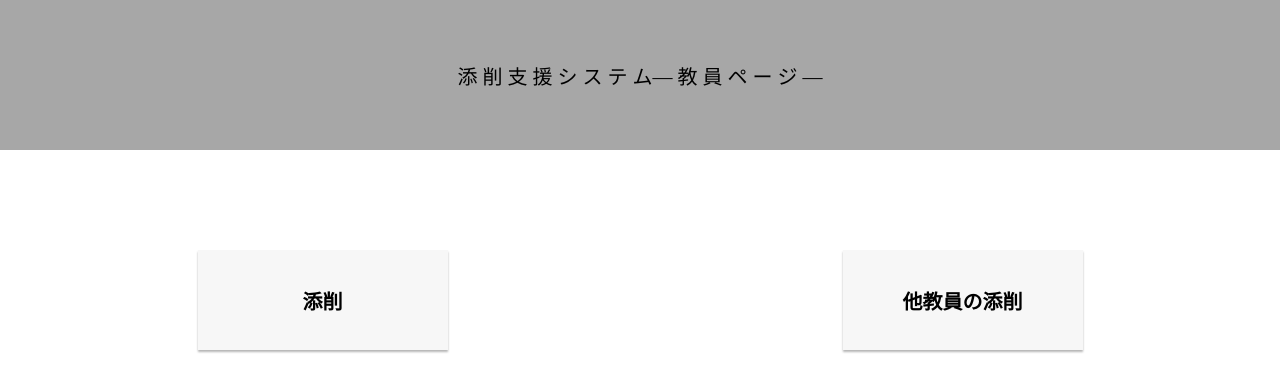
Repository: k-murakami18/canvas_v2
Page: main_teacher.html
These files come from the project's save history. The page is drawn as it stood at one moment and after the next save; the edit follows.
The browser window is 1280 px wide. The pictures show the whole page.

Above is the page before, as saved 2021-01-12 14:53:15.

### main_teacher.html
<!DOCTYPE html>
<html lang="en">

<head>
  <meta charset="UTF-8">
  <title>添削支援システム</title>
  <link rel="stylesheet" href="css/jquery-ui-1.8.16.custom.css" />
  <link rel="stylesheet" href="./style.css">
  <link rel="stylesheet" href="https://cdn.jsdelivr.net/npm/simplebar@latest/dist/simplebar.css">
  <script src="//cdnjs.cloudflare.com/ajax/libs/jspdf/1.3.3/jspdf.min.js"></script>
  <script src="js/jquery.1.6.4.min.js"></script>
  <script src="js/jquery-ui-1.8.16.custom.min.js"></script>
  <script type="text/javascript" src="./dist/fabric.js"></script>
  <script type="text/javascript" src="./dist/fabric.min.js"></script>
</head>

<body>
  <!--タイトルとファイル選択-->
  <div class="title_container">
    <p id="title">添 削 支 援 シ ス テ ム</p><br>
    <p>― 教 員 ペ ー ジ ―</p>
  </div>

  <div class="btn_name">
    <a href="index.html" class="button" id="anno_btn" type="submit" name="name">添削</a>
    <a href="teacher.html" class="button" id="oth_teacher_btn" type="submit" name="name">他教員の添削</a>
  </div>

</body>

</html>

### style.css
body{
  margin:0;
}

/*タイトルコンテナ*/
.title_container{
  width: 100%;
  height: 150px;
  font-size: 20px;
  display: flex;
  background-color: #A7A7A7;
  justify-content: center; /*左右中央*/
  align-items: center; /*上下中央*/
  margin-bottom: 100px;
  margin-left: 0;
  margin-right: 0;
}

.subtitle_container{
  width: 100%;
  height: 80px;
  font-size: 15px;
  display: flex;
  background-color: #A7A7A7;
  justify-content: center; /*左右中央*/
  align-items: center; /*上下中央*/
  margin-left: 0;
  margin-right: 0;
}

/*ボタンコンテナ*/
.button_container{
  width: 50px;
  height: 602px;
  background-color: #DADADA;
  margin-bottom: 5px;
  margin-right: 5px;
}

/*各ボタンの設定*/
.btn-box,.btn_box{
  display: inline-block;
  widows: 25px;
  height: 25px;
  border: 1px black solid;
  padding: 2px;
  border-radius: 5px;
}
.btn_box_black{
  display: inline-block;
  widows: 25px;
  height: 25px;
  border: 1px white solid;
  padding: 2px;
  border-radius: 5px;
}
.select{
  margin-top: 10px;
  margin-left: 9px;
}
.aaa{
  margin-top: 0px;
  margin-left: 9px;
}
.margin{
  margin-top: 10px;
  margin-left: 9px;
}

/*ボタン枠線削除*/
input:focus {
	outline:0;
}

/*キャンバス*/
canvas {
	position: relative;
	border:1px solid #000;
}

/*保存履歴コンテナ*/
.history_container{
  height: 600px;
  width: 330px;
  background-color: whitesmoke;
  border: 1px solid black;
  margin-left: 10px;
}

/*保存履歴タイトル*/
#title_tmpList{
  margin-top: 2px;
  margin-left: 10px;
  margin-bottom: 2px;
  font-weight: bolder;
  text-align: center;
}
.subtitle_tmpList{
  margin-top: 3px;
  margin-bottom: 3px;
  font-weight: bolder;
  font-size: 13px;
  text-align: center;
}

/*「保存履歴」の下線*/
.hr{
  border-bottom: 1px solid black;
  width: 93%;
  margin-left: auto;
  margin-right: auto;
}
/*「ブックマーク」「添削保存」の下線*/
.hr2{
  border-bottom: 1px solid black;
  width: 83%;
  margin-left: auto;
  margin-right: auto;
}

#bookmark_viewpanel{
  height: 539px;
  width: 100px;
  background-color: whitesmoke;
  margin-top: 5px;
}

#normal_viewpanel{
  height: 539px;
  width: 190px;
  background-color: whitesmoke;
  margin-top: 5px;
}

#bookmark_tmp{
  border-right: 1px solid black;
}

.tmpImage{
  border: 1px solid black;
  margin-left: 10px;
}

#setColor li{
  display: inline-block;
  width: 25px;
  height: 25px;
  border:1px solid #000;
}

.button{
  height: 100px;
  font-size: 20px;
  font-weight: bold;
  margin: auto;
  display: flex;
  justify-content: center;
  align-items: center;
  text-decoration: none;
  background: #f7f7f7;
  color: black;/*文字色*/
  font-weight: bold;
  box-shadow: 0px 2px 2px rgba(0, 0, 0, 0.29);
}
.button:active {
  box-shadow: inset 0 0 2px rgba(128, 128, 128, 0.1);
  transform: translateY(2px);
}

#anno_btn{
  width: 150px;
  padding-left: 50px;
  padding-right: 50px;
}
#oth_teacher_btn{
  width: 200px;
  padding-left: 20px;
  padding-right: 20px;
}
#submit_btn{
  width: 200px;
  padding-left: 30px;
  padding-right: 30px;
}
body .btn_name{
  display: flex;
  justify-content: center;
}

#preview img {
  width: 400px;
  margin: 20px;
  border: solid 0.5px gray ;
}

#file{
  margin-top: 10px;
  margin-left: 20px;
}

Loaded but not shown: css/jquery-ui-1.8.16.custom.css (library); js/jquery.1.6.4.min.js (library); js/jquery-ui-1.8.16.custom.min.js (library); dist/fabric.js (library); dist/fabric.min.js (library)

After the next save:
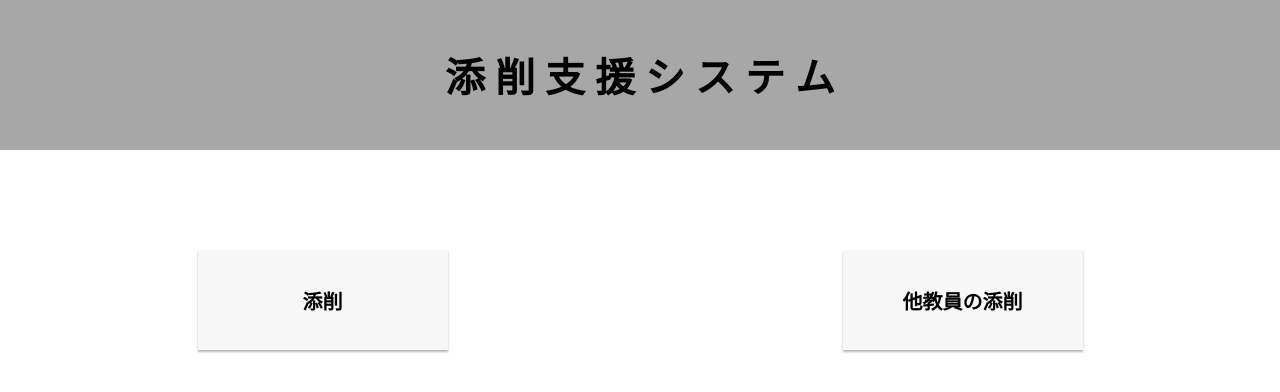
Saved 32 min 20 s later.
--- a/main_teacher.html
+++ b/main_teacher.html
@@ -17,8 +17,7 @@
 <body>
   <!--タイトルとファイル選択-->
   <div class="title_container">
-    <p id="title">添 削 支 援 シ ス テ ム</p><br>
-    <p>― 教 員 ペ ー ジ ―</p>
+    <h1 id="title">添 削 支 援 シ ス テ ム<h1>
   </div>
 
   <div class="btn_name">
